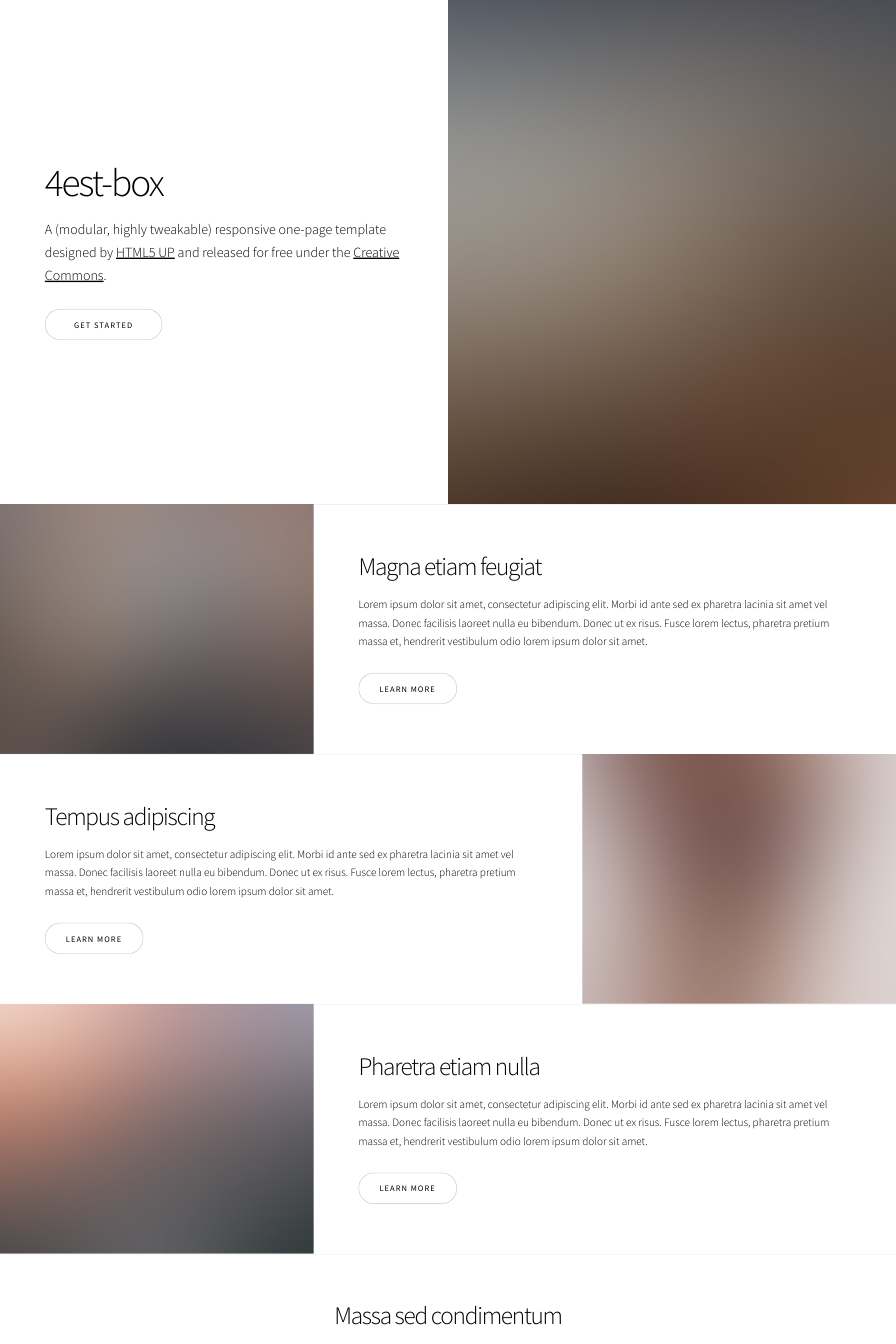
Repository: alejandroRdzGarza/4est-box-landing-page
Page: index.html
The author's editor kept a copy of each file at every save. The page is drawn from the files as they stood at one save, then again after a run of saves.
The browser window is 1280 px wide. The pictures show the part of the page from y = 0 to 1920 px (the page is 4721 px tall), at 70% of full size.

Above is the page before, as saved 2025-03-04 18:31:50.

### index.html
<!DOCTYPE HTML>
<!--
	Story by HTML5 UP
	html5up.net | @ajlkn
	Free for personal and commercial use under the CCA 3.0 license (html5up.net/license)
-->
<html>
	<head>
		<title>Story by HTML5 UP</title>
		<meta charset="utf-8" />
		<meta name="viewport" content="width=device-width, initial-scale=1, user-scalable=no" />
		<link rel="stylesheet" href="assets/css/main.css" />
		<noscript><link rel="stylesheet" href="assets/css/noscript.css" /></noscript>
	</head>
	<body class="is-preload">

		<!-- Wrapper -->
			<div id="wrapper" class="divided">

				<!-- One -->
					<section class="banner style1 orient-left content-align-left image-position-right fullscreen onload-image-fade-in onload-content-fade-right">
						<div class="content">
							<h1>4est-box</h1>
							<p class="major">A (modular, highly tweakable) responsive one-page template designed by <a href="https://html5up.net">HTML5 UP</a> and released for free under the <a href="https://html5up.net/license">Creative Commons</a>.</p>
							<ul class="actions stacked">
								<li><a href="#first" class="button big wide smooth-scroll-middle">Get Started</a></li>
							</ul>
						</div>
						<div class="image">
							<img src="images/banner.jpg" alt="" />
						</div>
					</section>

				<!-- Two -->
					<section class="spotlight style1 orient-right content-align-left image-position-center onscroll-image-fade-in" id="first">
						<div class="content">
							<h2>Magna etiam feugiat</h2>
							<p>Lorem ipsum dolor sit amet, consectetur adipiscing elit. Morbi id ante sed ex pharetra lacinia sit amet vel massa. Donec facilisis laoreet nulla eu bibendum. Donec ut ex risus. Fusce lorem lectus, pharetra pretium massa et, hendrerit vestibulum odio lorem ipsum dolor sit amet.</p>
							<ul class="actions stacked">
								<li><a href="#" class="button">Learn More</a></li>
							</ul>
						</div>
						<div class="image">
							<img src="images/spotlight01.jpg" alt="" />
						</div>
					</section>

				<!-- Three -->
					<section class="spotlight style1 orient-left content-align-left image-position-center onscroll-image-fade-in">
						<div class="content">
							<h2>Tempus adipiscing</h2>
							<p>Lorem ipsum dolor sit amet, consectetur adipiscing elit. Morbi id ante sed ex pharetra lacinia sit amet vel massa. Donec facilisis laoreet nulla eu bibendum. Donec ut ex risus. Fusce lorem lectus, pharetra pretium massa et, hendrerit vestibulum odio lorem ipsum dolor sit amet.</p>
							<ul class="actions stacked">
								<li><a href="#" class="button">Learn More</a></li>
							</ul>
						</div>
						<div class="image">
							<img src="images/spotlight02.jpg" alt="" />
						</div>
					</section>

				<!-- Four -->
					<section class="spotlight style1 orient-right content-align-left image-position-center onscroll-image-fade-in">
						<div class="content">
							<h2>Pharetra etiam nulla</h2>
							<p>Lorem ipsum dolor sit amet, consectetur adipiscing elit. Morbi id ante sed ex pharetra lacinia sit amet vel massa. Donec facilisis laoreet nulla eu bibendum. Donec ut ex risus. Fusce lorem lectus, pharetra pretium massa et, hendrerit vestibulum odio lorem ipsum dolor sit amet.</p>
							<ul class="actions stacked">
								<li><a href="#" class="button">Learn More</a></li>
							</ul>
						</div>
						<div class="image">
							<img src="images/spotlight03.jpg" alt="" />
						</div>
					</section>

				<!-- Five -->
					<section class="wrapper style1 align-center">
						<div class="inner">
							<h2>Massa sed condimentum</h2>
							<p>Lorem ipsum dolor sit amet, consectetur adipiscing elit. Morbi id ante sed ex pharetra lacinia sit amet vel massa. Donec facilisis laoreet nulla eu bibendum. Donec ut ex risus. Fusce lorem lectus, pharetra pretium massa et, hendrerit vestibulum odio lorem ipsum.</p>
						</div>

						<!-- Gallery -->
							<div class="gallery style2 medium lightbox onscroll-fade-in">
								<article>
									<a href="images/gallery/fulls/01.jpg" class="image">
										<img src="images/gallery/thumbs/01.jpg" alt="" />
									</a>
									<div class="caption">
										<h3>Ipsum Dolor</h3>
										<p>Lorem ipsum dolor amet, consectetur magna etiam elit. Etiam sed ultrices.</p>
										<ul class="actions fixed">
											<li><span class="button small">Details</span></li>
										</ul>
									</div>
								</article>
								<article>
									<a href="images/gallery/fulls/02.jpg" class="image">
										<img src="images/gallery/thumbs/02.jpg" alt="" />
									</a>
									<div class="caption">
										<h3>Feugiat Lorem</h3>
										<p>Lorem ipsum dolor amet, consectetur magna etiam elit. Etiam sed ultrices.</p>
										<ul class="actions fixed">
											<li><span class="button small">Details</span></li>
										</ul>
									</div>
								</article>
								<article>
									<a href="images/gallery/fulls/03.jpg" class="image">
										<img src="images/gallery/thumbs/03.jpg" alt="" />
									</a>
									<div class="caption">
										<h3>Magna Amet</h3>
										<p>Lorem ipsum dolor amet, consectetur magna etiam elit. Etiam sed ultrices.</p>
										<ul class="actions fixed">
											<li><span class="button small">Details</span></li>
										</ul>
									</div>
								</article>
								<article>
									<a href="images/gallery/fulls/04.jpg" class="image">
										<img src="images/gallery/thumbs/04.jpg" alt="" />
									</a>
									<div class="caption">
										<h3>Sed Tempus</h3>
										<p>Lorem ipsum dolor amet, consectetur magna etiam elit. Etiam sed ultrices.</p>
										<ul class="actions fixed">
											<li><span class="button small">Details</span></li>
										</ul>
									</div>
								</article>
								<article>
									<a href="images/gallery/fulls/05.jpg" class="image">
										<img src="images/gallery/thumbs/05.jpg" alt="" />
									</a>
									<div class="caption">
										<h3>Ultrices Magna</h3>
										<p>Lorem ipsum dolor amet, consectetur magna etiam elit. Etiam sed ultrices.</p>
										<ul class="actions fixed">
											<li><span class="button small">Details</span></li>
										</ul>
									</div>
								</article>
								<article>
									<a href="images/gallery/fulls/06.jpg" class="image">
										<img src="images/gallery/thumbs/06.jpg" alt="" />
									</a>
									<div class="caption">
										<h3>Sed Tempus</h3>
										<p>Lorem ipsum dolor amet, consectetur magna etiam elit. Etiam sed ultrices.</p>
										<ul class="actions fixed">
											<li><span class="button small">Details</span></li>
										</ul>
									</div>
								</article>
								<article>
									<a href="images/gallery/fulls/07.jpg" class="image">
										<img src="images/gallery/thumbs/07.jpg" alt="" />
									</a>
									<div class="caption">
										<h3>Ipsum Lorem</h3>
										<p>Lorem ipsum dolor amet, consectetur magna etiam elit. Etiam sed ultrices.</p>
										<ul class="actions fixed">
											<li><span class="button small">Details</span></li>
										</ul>
									</div>
								</article>
								<article>
									<a href="images/gallery/fulls/08.jpg" class="image">
										<img src="images/gallery/thumbs/08.jpg" alt="" />
									</a>
									<div class="caption">
										<h3>Magna Risus</h3>
										<p>Lorem ipsum dolor amet, consectetur magna etiam elit. Etiam sed ultrices.</p>
										<ul class="actions fixed">
											<li><span class="button small">Details</span></li>
										</ul>
									</div>
								</article>
								<article>
									<a href="images/gallery/fulls/09.jpg" class="image">
										<img src="images/gallery/thumbs/09.jpg" alt="" />
									</a>
									<div class="caption">
										<h3>Tempus Dolor</h3>
										<p>Lorem ipsum dolor amet, consectetur magna etiam elit. Etiam sed ultrices.</p>
										<ul class="actions fixed">
											<li><span class="button small">Details</span></li>
										</ul>
									</div>
								</article>
								<article>
									<a href="images/gallery/fulls/10.jpg" class="image">
										<img src="images/gallery/thumbs/10.jpg" alt="" />
									</a>
									<div class="caption">
										<h3>Sed Etiam</h3>
										<p>Lorem ipsum dolor amet, consectetur magna etiam elit. Etiam sed ultrices.</p>
										<ul class="actions fixed">
											<li><span class="button small">Details</span></li>
										</ul>
									</div>
								</article>
								<article>
									<a href="images/gallery/fulls/11.jpg" class="image">
										<img src="images/gallery/thumbs/11.jpg" alt="" />
									</a>
									<div class="caption">
										<h3>Magna Lorem</h3>
										<p>Lorem ipsum dolor amet, consectetur magna etiam elit. Etiam sed ultrices.</p>
										<ul class="actions fixed">
											<li><span class="button small">Details</span></li>
										</ul>
									</div>
								</article>
								<article>
									<a href="images/gallery/fulls/12.jpg" class="image">
										<img src="images/gallery/thumbs/12.jpg" alt="" />
									</a>
									<div class="caption">
										<h3>Ipsum Dolor</h3>
										<p>Lorem ipsum dolor amet, consectetur magna etiam elit. Etiam sed ultrices.</p>
										<ul class="actions fixed">
											<li><span class="button small">Details</span></li>
										</ul>
									</div>
								</article>
							</div>

					</section>

				<!-- Six -->
					<section class="wrapper style1 align-center">
						<div class="inner">
							<h2>Ipsum sed consequat</h2>
							<p>Lorem ipsum dolor sit amet, consectetur adipiscing elit. Morbi id ante sed ex pharetra lacinia sit amet vel massa. Donec facilisis laoreet nulla eu bibendum. Donec ut ex risus. Fusce lorem lectus, pharetra pretium massa et, hendrerit vestibulum odio lorem ipsum.</p>
							<div class="items style1 medium onscroll-fade-in">
								<section>
									<span class="icon style2 major fa-gem"></span>
									<h3>Lorem</h3>
									<p>Lorem ipsum dolor sit amet, consectetur adipiscing elit. Morbi dui turpis, cursus eget orci amet aliquam congue semper. Etiam eget ultrices risus nec tempor elit.</p>
								</section>
								<section>
									<span class="icon solid style2 major fa-save"></span>
									<h3>Ipsum</h3>
									<p>Lorem ipsum dolor sit amet, consectetur adipiscing elit. Morbi dui turpis, cursus eget orci amet aliquam congue semper. Etiam eget ultrices risus nec tempor elit.</p>
								</section>
								<section>
									<span class="icon solid style2 major fa-chart-bar"></span>
									<h3>Dolor</h3>
									<p>Lorem ipsum dolor sit amet, consectetur adipiscing elit. Morbi dui turpis, cursus eget orci amet aliquam congue semper. Etiam eget ultrices risus nec tempor elit.</p>
								</section>
								<section>
									<span class="icon solid style2 major fa-wifi"></span>
									<h3>Amet</h3>
									<p>Lorem ipsum dolor sit amet, consectetur adipiscing elit. Morbi dui turpis, cursus eget orci amet aliquam congue semper. Etiam eget ultrices risus nec tempor elit.</p>
								</section>
								<section>
									<span class="icon solid style2 major fa-cog"></span>
									<h3>Magna</h3>
									<p>Lorem ipsum dolor sit amet, consectetur adipiscing elit. Morbi dui turpis, cursus eget orci amet aliquam congue semper. Etiam eget ultrices risus nec tempor elit.</p>
								</section>
								<section>
									<span class="icon style2 major fa-paper-plane"></span>
									<h3>Tempus</h3>
									<p>Lorem ipsum dolor sit amet, consectetur adipiscing elit. Morbi dui turpis, cursus eget orci amet aliquam congue semper. Etiam eget ultrices risus nec tempor elit.</p>
								</section>
								<section>
									<span class="icon solid style2 major fa-desktop"></span>
									<h3>Aliquam</h3>
									<p>Lorem ipsum dolor sit amet, consectetur adipiscing elit. Morbi dui turpis, cursus eget orci amet aliquam congue semper. Etiam eget ultrices risus nec tempor elit.</p>
								</section>
								<section>
									<span class="icon solid style2 major fa-sync-alt"></span>
									<h3>Elit</h3>
									<p>Lorem ipsum dolor sit amet, consectetur adipiscing elit. Morbi dui turpis, cursus eget orci amet aliquam congue semper. Etiam eget ultrices risus nec tempor elit.</p>
								</section>
								<section>
									<span class="icon solid style2 major fa-hashtag"></span>
									<h3>Morbi</h3>
									<p>Lorem ipsum dolor sit amet, consectetur adipiscing elit. Morbi dui turpis, cursus eget orci amet aliquam congue semper. Etiam eget ultrices risus nec tempor elit.</p>
								</section>
								<section>
									<span class="icon solid style2 major fa-bolt"></span>
									<h3>Turpis</h3>
									<p>Lorem ipsum dolor sit amet, consectetur adipiscing elit. Morbi dui turpis, cursus eget orci amet aliquam congue semper. Etiam eget ultrices risus nec tempor elit.</p>
								</section>
								<section>
									<span class="icon solid style2 major fa-envelope"></span>
									<h3>Ultrices</h3>
									<p>Lorem ipsum dolor sit amet, consectetur adipiscing elit. Morbi dui turpis, cursus eget orci amet aliquam congue semper. Etiam eget ultrices risus nec tempor elit.</p>
								</section>
								<section>
									<span class="icon solid style2 major fa-leaf"></span>
									<h3>Risus</h3>
									<p>Lorem ipsum dolor sit amet, consectetur adipiscing elit. Morbi dui turpis, cursus eget orci amet aliquam congue semper. Etiam eget ultrices risus nec tempor elit.</p>
								</section>
							</div>
						</div>
					</section>

				<!-- Seven -->
					<section class="wrapper style1 align-center">
						<div class="inner medium">
							<h2>Get in touch</h2>
							<form method="post" action="#">
								<div class="fields">
									<div class="field half">
										<label for="name">Name</label>
										<input type="text" name="name" id="name" value="" />
									</div>
									<div class="field half">
										<label for="email">Email</label>
										<input type="email" name="email" id="email" value="" />
									</div>
									<div class="field">
										<label for="message">Message</label>
										<textarea name="message" id="message" rows="6"></textarea>
									</div>
								</div>
								<ul class="actions special">
									<li><input type="submit" name="submit" id="submit" value="Send Message" /></li>
								</ul>
							</form>

						</div>
					</section>

				<!-- Footer -->
					<footer class="wrapper style1 align-center">
						<div class="inner">
							<ul class="icons">
								<li><a href="#" class="icon brands style2 fa-twitter"><span class="label">Twitter</span></a></li>
								<li><a href="#" class="icon brands style2 fa-facebook-f"><span class="label">Facebook</span></a></li>
								<li><a href="#" class="icon brands style2 fa-instagram"><span class="label">Instagram</span></a></li>
								<li><a href="#" class="icon brands style2 fa-linkedin-in"><span class="label">LinkedIn</span></a></li>
								<li><a href="#" class="icon style2 fa-envelope"><span class="label">Email</span></a></li>
							</ul>
							<p>&copy; Untitled. Design: <a href="https://html5up.net">HTML5 UP</a>.</p>
						</div>
					</footer>

			</div>

		<!-- Scripts -->
			<script src="assets/js/jquery.min.js"></script>
			<script src="assets/js/jquery.scrollex.min.js"></script>
			<script src="assets/js/jquery.scrolly.min.js"></script>
			<script src="assets/js/browser.min.js"></script>
			<script src="assets/js/breakpoints.min.js"></script>
			<script src="assets/js/util.js"></script>
			<script src="assets/js/main.js"></script>

	</body>
</html>

### assets/js/main.js
/*
	Story by HTML5 UP
	html5up.net | @ajlkn
	Free for personal and commercial use under the CCA 3.0 license (html5up.net/license)
*/

(function($) {

	var	$window = $(window),
		$body = $('body'),
		$wrapper = $('#wrapper');

	// Breakpoints.
		breakpoints({
			xlarge:   [ '1281px',  '1680px' ],
			large:    [ '981px',   '1280px' ],
			medium:   [ '737px',   '980px'  ],
			small:    [ '481px',   '736px'  ],
			xsmall:   [ '361px',   '480px'  ],
			xxsmall:  [ null,      '360px'  ]
		});

	// Play initial animations on page load.
		$window.on('load', function() {
			window.setTimeout(function() {
				$body.removeClass('is-preload');
			}, 100);
		});

	// Browser fixes.

		// IE: Flexbox min-height bug.
			if (browser.name == 'ie')
				(function() {

					var flexboxFixTimeoutId;

					$window.on('resize.flexbox-fix', function() {

						var $x = $('.fullscreen');

						clearTimeout(flexboxFixTimeoutId);

						flexboxFixTimeoutId = setTimeout(function() {

							if ($x.prop('scrollHeight') > $window.height())
								$x.css('height', 'auto');
							else
								$x.css('height', '100vh');

						}, 250);

					}).triggerHandler('resize.flexbox-fix');

				})();

		// Object fit workaround.
			if (!browser.canUse('object-fit'))
				(function() {

					$('.banner .image, .spotlight .image').each(function() {

						var $this = $(this),
							$img = $this.children('img'),
							positionClass = $this.parent().attr('class').match(/image-position-([a-z]+)/);

						// Set image.
							$this
								.css('background-image', 'url("' + $img.attr('src') + '")')
								.css('background-repeat', 'no-repeat')
								.css('background-size', 'cover');

						// Set position.
							switch (positionClass.length > 1 ? positionClass[1] : '') {

								case 'left':
									$this.css('background-position', 'left');
									break;

								case 'right':
									$this.css('background-position', 'right');
									break;

								default:
								case 'center':
									$this.css('background-position', 'center');
									break;

							}

						// Hide original.
							$img.css('opacity', '0');

					});

				})();

	// Smooth scroll.
		$('.smooth-scroll').scrolly();
		$('.smooth-scroll-middle').scrolly({ anchor: 'middle' });

	// Wrapper.
		$wrapper.children()
			.scrollex({
				top:		'30vh',
				bottom:		'30vh',
				initialize:	function() {
					$(this).addClass('is-inactive');
				},
				terminate:	function() {
					$(this).removeClass('is-inactive');
				},
				enter:		function() {
					$(this).removeClass('is-inactive');
				},
				leave:		function() {

					var $this = $(this);

					if ($this.hasClass('onscroll-bidirectional'))
						$this.addClass('is-inactive');

				}
			});

	// Items.
		$('.items')
			.scrollex({
				top:		'30vh',
				bottom:		'30vh',
				delay:		50,
				initialize:	function() {
					$(this).addClass('is-inactive');
				},
				terminate:	function() {
					$(this).removeClass('is-inactive');
				},
				enter:		function() {
					$(this).removeClass('is-inactive');
				},
				leave:		function() {

					var $this = $(this);

					if ($this.hasClass('onscroll-bidirectional'))
						$this.addClass('is-inactive');

				}
			})
			.children()
				.wrapInner('<div class="inner"></div>');

	// Gallery.
		$('.gallery')
			.wrapInner('<div class="inner"></div>')
			.prepend(browser.mobile ? '' : '<div class="forward"></div><div class="backward"></div>')
			.scrollex({
				top:		'30vh',
				bottom:		'30vh',
				delay:		50,
				initialize:	function() {
					$(this).addClass('is-inactive');
				},
				terminate:	function() {
					$(this).removeClass('is-inactive');
				},
				enter:		function() {
					$(this).removeClass('is-inactive');
				},
				leave:		function() {

					var $this = $(this);

					if ($this.hasClass('onscroll-bidirectional'))
						$this.addClass('is-inactive');

				}
			})
			.children('.inner')
				//.css('overflow', 'hidden')
				.css('overflow-y', browser.mobile ? 'visible' : 'hidden')
				.css('overflow-x', browser.mobile ? 'scroll' : 'hidden')
				.scrollLeft(0);

		// Style #1.
			// ...

		// Style #2.
			$('.gallery')
				.on('wheel', '.inner', function(event) {

					var	$this = $(this),
						delta = (event.originalEvent.deltaX * 10);

					// Cap delta.
						if (delta > 0)
							delta = Math.min(25, delta);
						else if (delta < 0)
							delta = Math.max(-25, delta);

					// Scroll.
						$this.scrollLeft( $this.scrollLeft() + delta );

				})
				.on('mouseenter', '.forward, .backward', function(event) {

					var $this = $(this),
						$inner = $this.siblings('.inner'),
						direction = ($this.hasClass('forward') ? 1 : -1);

					// Clear move interval.
						clearInterval(this._gallery_moveIntervalId);

					// Start interval.
						this._gallery_moveIntervalId = setInterval(function() {
							$inner.scrollLeft( $inner.scrollLeft() + (5 * direction) );
						}, 10);

				})
				.on('mouseleave', '.forward, .backward', function(event) {

					// Clear move interval.
						clearInterval(this._gallery_moveIntervalId);

				});

		// Lightbox.
			$('.gallery.lightbox')
				.on('click', 'a', function(event) {

					var $a = $(this),
						$gallery = $a.parents('.gallery'),
						$modal = $gallery.children('.modal'),
						$modalImg = $modal.find('img'),
						href = $a.attr('href');

					// Not an image? Bail.
						if (!href.match(/\.(jpg|gif|png|mp4)$/))
							return;

					// Prevent default.
						event.preventDefault();
						event.stopPropagation();

					// Locked? Bail.
						if ($modal[0]._locked)
							return;

					// Lock.
						$modal[0]._locked = true;

					// Set src.
						$modalImg.attr('src', href);

					// Set visible.
						$modal.addClass('visible');

					// Focus.
						$modal.focus();

					// Delay.
						setTimeout(function() {

							// Unlock.
								$modal[0]._locked = false;

						}, 600);

				})
				.on('click', '.modal', function(event) {

					var $modal = $(this),
						$modalImg = $modal.find('img');

					// Locked? Bail.
						if ($modal[0]._locked)
							return;

					// Already hidden? Bail.
						if (!$modal.hasClass('visible'))
							return;

					// Lock.
						$modal[0]._locked = true;

					// Clear visible, loaded.
						$modal
							.removeClass('loaded')

					// Delay.
						setTimeout(function() {

							$modal
								.removeClass('visible')

							setTimeout(function() {

								// Clear src.
									$modalImg.attr('src', '');

								// Unlock.
									$modal[0]._locked = false;

								// Focus.
									$body.focus();

							}, 475);

						}, 125);

				})
				.on('keypress', '.modal', function(event) {

					var $modal = $(this);

					// Escape? Hide modal.
						if (event.keyCode == 27)
							$modal.trigger('click');

				})
				.prepend('<div class="modal" tabIndex="-1"><div class="inner"><img src="" /></div></div>')
					.find('img')
						.on('load', function(event) {

							var $modalImg = $(this),
								$modal = $modalImg.parents('.modal');

							setTimeout(function() {

								// No longer visible? Bail.
									if (!$modal.hasClass('visible'))
										return;

								// Set loaded.
									$modal.addClass('loaded');

							}, 275);

						});

})(jQuery);

Loaded but not shown: assets/css/main.css (library); assets/js/jquery.min.js (library); assets/js/jquery.scrollex.min.js (common file); assets/js/jquery.scrolly.min.js (common file); assets/js/browser.min.js (common file); assets/js/breakpoints.min.js (common file); assets/css/fontawesome-all.min.css (library); assets/js/util.js (587 lines, source omitted)

After the next 3 saves:
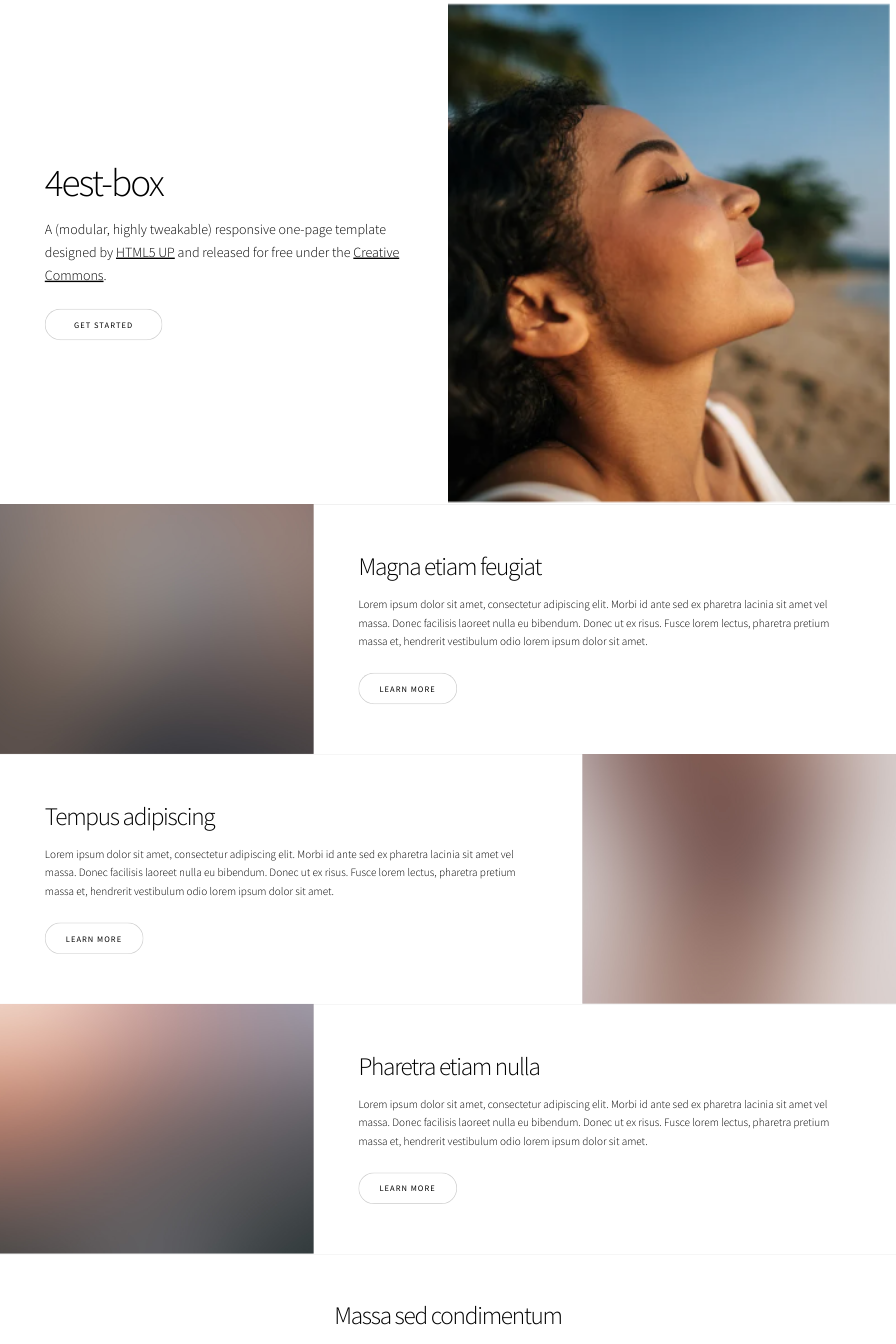
The 3 saves are shown as one change because they came seconds apart.
The last was saved 59 s later.
--- a/index.html
+++ b/index.html
@@ -27,7 +27,7 @@
 							</ul>
 						</div>
 						<div class="image">
-							<img src="images/banner.jpg" alt="" />
+							<img src="images-landing/5.png" alt="" />
 						</div>
 					</section>
 
